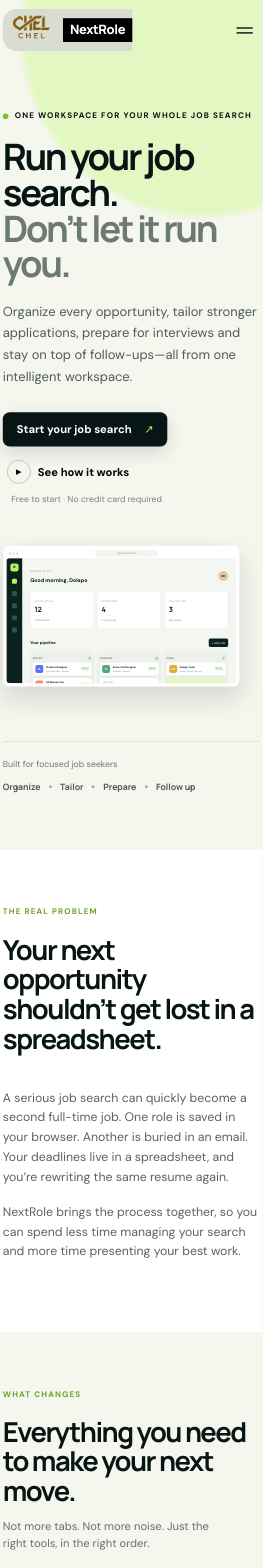
Repository: Lovethrech/NextRole-Nuxt-Portfolio
Page: /
The author's editor kept a copy of each file at every save. The page is drawn from the files as they stood at one save, then again after the next save.
The browser window is 375 px wide. The pictures show the part of the page from y = 0 to 2240 px (the page is 7172 px tall before and 7477 px after), at 70% of full size.
The project was rebuilt for these pictures with package versions that can differ from the ones it lists, and the page was loaded fresh each time. The framework's server and built-in components were replaced by stand-ins that run in the browser. Also part of the build but not shown: nuxt.config.js.

Above is the page before, as saved 2026-09-12 17:21:38.

### assets/css/main.css
:root{
    --ink:#071514;
    --deep:#0d2421;
    --green:#b9ef63;
    --mint:#ddffc8;
    --paper:#f5f6ee;
    --white:#fff;
    --line:#d9ddd1;
    --muted:#65706c;
    --orange:#ff8a61;
    --blue:#6579ff;
    font-family:'DM Sans',sans-serif;
    color:var(--ink);
    background:var(--paper);
    font-synthesis:none;
}
*{
    box-sizing:border-box;
}
html{
    scroll-behavior:smooth;
}
body{
    margin:0;
    padding: 0;
    background:var(--paper);
    font-size:16px;
    line-height:1.6;
}
button,a{
    font:inherit;
}
button{
    cursor:pointer;
}
a{
    color:inherit;
    text-decoration:none;
}
.container{
    width:min(1580px,calc(100% - 120px));
    margin-inline:auto;
}
.site-shell{
    overflow:hidden;
}
.nav-wrap{
    position:absolute;
    inset:0 0 auto;
    z-index:20;
}
.nav{
    height:86px;
    display:flex;
    align-items:center;
    justify-content:space-between;
}
/* BRAND LOGO */
/* START */
.brand-logo-ctn{
    width: 70px;
}
.brand-logo-ctn img{
    width:100%;
}
#brand-sub-name{
    margin:auto 0;
    padding:2px 10px;
    background-color: #000000;
    color:#ffffff;
}

/* END */
.brand{
    background-color: var(--line);
    padding: 8px 0 8px 6px;
    border-radius: 20px 0 0 20px;
    display:flex;
    align-items:center;
    gap:10px;
    font-family:Manrope,sans-serif;
    font-weight:800;
    font-size:1.15rem;
    letter-spacing:-.03em;
}
.nav-links{
    display:flex;
    align-items:center;
    gap:32px;
    font-weight:600;
    font-size:.9rem;
}
.nav-links>a{
    color:#33423f;
}
.button{
    border:0;
    display:inline-flex;
    align-items:center;
    justify-content:center;
    gap:18px;
    border-radius:10px;
    padding:15px 20px;
    font-weight:700;
    line-height:1.2;
    transition:transform .2s,box-shadow .2s;
}
.button:hover{
    transform:translateY(-2px);
}
.button-small{
    padding:11px 15px;
}
.button-ghost{
    border:1px solid #b9c0b5;
    background:transparent;
}
.button-primary{
    background:var(--ink);
    color:#fff;
    box-shadow:0 8px 24px #07151424;
}
.button-primary span,.button-light span{
    color:var(--green);
}
.button-light{
    background:#fff;
    color:var(--ink);
}
.menu-button{
    display:none;
}
.hero{
    min-height:880px;
    padding-top:178px;
    position:relative;
}
.hero:before{
    content:'';
    position:absolute;
    width:520px;
    height:520px;
    border-radius:50%;
    background:#dff8b9;
    filter:blur(4px);
    right:-180px;
    top:-210px;
    opacity:.8;
}
.hero-copy{
    width:56%;
    position:relative;
    z-index:2;
}
.eyebrow,.section-kicker{
    font-size:.72rem;
    font-weight:800;
    letter-spacing:.14em;
    text-transform:uppercase;
    display:flex;
    align-items:center;
    gap:9px;
}
.eyebrow span{
    width:8px;
    height:8px;
    border-radius:50%;
    background:#75c525;
}
.hero h1{
    font-family:Manrope,sans-serif;
    font-size:clamp(3.4rem,4.5vw,6.15rem);
    line-height:.98;
    letter-spacing:-.065em;
    margin:24px 0 28px;
    font-weight:700;
}
.hero h1 em{
    font-style:normal;
    color:#6d7a74;
}
.hero-lede{
    font-size:1.16rem;
    line-height:1.65;
    color:#4e5d58;
    max-width:630px;
}
.hero-actions{
    display:flex;
    align-items:center;
    gap:28px;
    margin-top:36px;
}
.text-link{
    border:0;
    background:none;
    font-weight:700;
    display:flex;
    align-items:center;
    gap:10px;
}
.play{
    border:1px solid #aeb6ac;
    border-radius:50%;
    width:34px;
    height:34px;
    display:grid;
    place-items:center;
    font-size:.65rem;
}
.microcopy{
    font-size:.78rem;
    color:#77817d;
    margin:12px 0 0 12px;
}
.dashboard-frame{
    position:absolute;
    z-index:3;
    width:560px;
    right: 4vh;
    top:220px;
    background:#fff;
    padding:10px;
    border-radius:18px;
    box-shadow:0 35px 80px #0c2b2226;
    transform:rotate(-1.3deg);
    border:1px solid #e5e9df;
}
.frame-bar{
    height:28px;
    display:flex;
    align-items:center;
    gap:5px;
    padding:0 8px;
}
.frame-bar span{
    width:6px;
    height:6px;
    background:#cad0c7;
    border-radius:50%;
}
.frame-bar p{
    font-size:.52rem;
    background:#f2f4ef;
    color:#8b948f;
    padding:2px 65px;
    border-radius:4px;
    margin:auto;
}
.dash{
    height:380px;
    display:flex;
    background:#f4f6f1;
    border-radius:10px;
    overflow:hidden
}
.dash-side{
    width:52px;
    background:#0b211e;
    display:flex;
    flex-direction:column;
    align-items:center;
    gap:22px;
    padding-top:16px;
}
.mini-brand{
    width:25px;
    height:25px;
    border-radius:7px;
    background:var(--green);
    display:grid;
    place-items:center;
    font-size:.65rem;
}
.dash-side i{
    width:15px;
    height:15px;
    border-radius:4px;
    background:#33514b;
}
.dash-side i.active{
    background:var(--green);
}
.dash-main{
    padding:24px;
    width:100%;
}
.dash-top{
    display:flex;
    justify-content:space-between;
    align-items:center;
}
.dash-top small,.stat-grid small{
    font-size:.45rem;
    letter-spacing:.11em;
    color:#88918d;
}
.dash-top h3{
    font-size:1rem;
    margin:4px 0;
}
.avatar{
    width:30px;
    height:30px;
    border-radius:50%;
    background:#e4c6a5;
    display:grid;
    place-items:center;
    font-size:.55rem;
    font-weight:800;
}
.stat-grid{
    display:grid;
    grid-template-columns:repeat(3,1fr);
    gap:10px;
    margin:18px 0
}
.stat-grid>div{
    padding:12px;
    border-radius:8px;
    background:#fff;
    border:1px solid #e4e8e1;
}
.stat-grid strong{
    display:block;
    font-family:Manrope;
    font-size:1.35rem;
}
.stat-grid span{
    font-size:.5rem;
    color:#59a733;
}
.pipeline-head{
    display:flex;
    justify-content:space-between;
    align-items:center;
}
.pipeline-head h4{
    font-size:.76rem;
}
.pipeline-head button{
    font-size:.55rem;
    border:0;
    background:#0b211e;
    color:white;
    padding:6px 9px;
    border-radius:5px;
}
.pipeline{
    display:grid;
    grid-template-columns:repeat(3,1fr);
    gap:8px;
}
.lane{
    background:#edf0eb;border-radius:7px;padding:8px}.lane>p{font-size:.45rem;font-weight:800;color:#6b7570
}
.lane>p b{
    float:right;
    background:#dce2da;
    padding:1px 4px;
    border-radius:3px;
}
.lane article{
    background:#fff;
    padding:8px;
    margin-top:7px;
    border-radius:6px;
    display:grid;
    grid-template-columns:26px 1fr auto;
    gap:6px;
    align-items:center;
    box-shadow:0 2px 7px #1933290b;
}
.company-icon{width:24px;height:24px;display:grid;place-items:center;border-radius:6px;font-size:.5rem;font-weight:800;color:white;
}.cobalt{background:#5f73ed;
}.coral{background:#ff8567;
}.mint{background:#4fa884;
}.gold{background:#e5a83a;
}.lane article strong{font-size:.48rem;display:block;
}.lane article small{font-size:.4rem;color:#7f8984;display:block;
}.lane article mark{font-size:.38rem;background:#e5f8d7;color:#55982d;border-radius:3px;padding:2px;
}.lane article.task,.lane article.celebrate{display:block;padding:10px;
}.lane .task span{font-size:.42rem;color:#dd6d49;
}.lane .celebrate{background:#e4f8bf;
}.lane .celebrate>span{font-size:.9rem;color:#62a329;
}
.hero-proof{
    position:absolute;
    bottom:56px;
    left:0;
    right:0;
    border-top:1px solid var(--line);
    padding-top:22px;
    display:flex;
    justify-content:space-between;
    color:#6d7873;
    font-size:.78rem;
}
.hero-proof p{display:flex;align-items:center;gap:24px;margin:0;
}
.hero-proof b{font-family:Manrope;color:#4a5853;
}
.hero-proof i{width:4px;height:4px;background:#9aa49f;border-radius:50%;
}
.problem-section{background:#fff;padding:115px 0;
}
.problem-grid{display:grid;grid-template-columns:1.1fr .9fr;gap:120px;
}
.section-kicker{color:#71a22a;margin:0 0 22px;
}
.problem-grid h2,.section-heading h2,.how-copy h2,.control-copy h2,.faq h2,.final-cta h2{font-family:Manrope;font-size:clamp(2.3rem,4.3vw,4.5rem);line-height:1.08;letter-spacing:-.055em;margin:0;
}
.problem-copy{font-size:1.1rem;color:#58645f;
}
.problem-copy p{margin:0 0 22px;
}
.features{padding:120px 0;
}
.section-heading{display:flex;justify-content:space-between;align-items:end;margin-bottom:55px;
}
.section-heading h2{max-width:710px;
}
.section-heading>p{max-width:310px;color:#65706c;
}
.benefit-grid{
    display:grid;
    grid-template-columns:repeat(2,1fr);
    border-top:1px solid #cfd5cb;
    border-left:1px solid #cfd5cb;
}
.benefit-card{min-height:315px;
    padding:42px;
    border-right:1px solid #cfd5cb;
    border-bottom:1px solid #cfd5cb;
    position:relative;
    transition:background .25s,transform .25s;
}
.benefit-card:hover{background:#fff;transform:translateY(-3px);
}
.benefit-card>span{font-family:Manrope;font-size:.75rem;color:#89928e;
}
.benefit-card h3{font-family:Manrope;font-size:1.65rem;letter-spacing:-.035em;margin:28px 0 12px;
}
.benefit-card p{color:#65706c;max-width:440px;
}
.benefit-card strong{position:absolute;bottom:38px;color:#3f6c18;font-size:.85rem;
}
.how-section{background:var(--deep);color:#fff;padding:120px 0;
}
.how-grid{display:grid;grid-template-columns:.85fr 1.15fr;gap:130px;
}
.section-kicker.light{color:var(--green);
}
.how-copy>p:not(.section-kicker){color:#afbfba;font-size:1.05rem;max-width:430px;margin:26px 0 36px;
}
.steps{list-style:none;padding:0;margin:0;
}
.steps li{display:grid;grid-template-columns:60px 1fr;gap:20px;border-top:1px solid #35504b;padding:27px 0;
}
.steps li:last-child{border-bottom:1px solid #35504b;
}
.steps>li>span{color:var(--green);font:700 .75rem Manrope;
}
.steps h3{font:700 1.25rem Manrope;margin:0 0 6px;
}
.steps p{color:#9fb1ab;margin:0;
}
.control{padding:120px 0;
}
.control-card{background:#fff;border-radius:24px;display:grid;grid-template-columns:1fr 1fr;overflow:hidden;box-shadow:0 22px 60px #1a35250c;
}
.control-visual{background:#dff3bf;min-height:560px;display:grid;place-items:center;padding:50px;
}
.document{width:330px;background:white;border-radius:12px;padding:32px;box-shadow:0 25px 50px #4167222c;transform:rotate(-2deg);
}
.doc-label{font-size:.55rem;letter-spacing:.14em;font-weight:800;
}
.document>i{height:7px;background:#e6eae3;border-radius:4px;display:block;margin-top:17px;
}
.document>i.short{width:60%;
}
.document>i.medium{width:80%;
}
.suggestion{display:flex;gap:12px;background:#f3fae9;border:1px solid #cce9a6;padding:14px;border-radius:8px;margin:22px -12px;
}
.suggestion b{color:#599825;
}
.suggestion p{margin:0;
}
.suggestion strong{font-size:.72rem;display:block;
}
.suggestion small{font-size:.6rem;color:#6c776f;
}
.control-copy{padding:70px;display:flex;flex-direction:column;justify-content:center;
}
.control-copy>p:not(.section-kicker){color:#66716c;font-size:1.05rem;
}
.control-copy ul{list-style:none;padding:0;margin:18px 0 0;
}
.control-copy li{padding:12px 0;border-top:1px solid #e4e8e0;font-weight:600;
}
.control-copy li:before{content:'✓';display:inline-grid;place-items:center;margin-right:12px;width:23px;height:23px;border-radius:50%;background:#e5f7cd;color:#4e861e;font-size:.75rem;
}
.faq{padding:40px 0 120px;display:grid;grid-template-columns:.75fr 1.25fr;gap:120px;
}
.faq h2{font-size:3.2rem;
}
.accordion details{border-top:1px solid #cdd3ca;padding:24px 0;
}
.accordion details:last-child{border-bottom:1px solid #cdd3ca;
}
.accordion summary{list-style:none;font:700 1.05rem Manrope;display:flex;justify-content:space-between;cursor:pointer;
}
.accordion summary::-webkit-details-marker{display:none;
}
.accordion summary span{font-size:1.4rem;font-weight:400;
}
.accordion details[open] summary span{transform:rotate(45deg);
}
.accordion details p{color:#64706a;max-width:620px;margin:16px 40px 0 0;
}
.final-cta{background:#102c28;color:#fff;border-radius:28px;min-height:500px;padding:75px;display:grid;grid-template-columns:1.1fr .9fr;align-items:center;position:relative;overflow:hidden;
}
.final-cta h2{max-width:700px;
}
.final-cta p{color:#b2c0bc;
}
.final-cta small{display:block;color:#8ca19b;margin:12px;
}
.final-cta .button{margin-top:15px;
}
.orbit{height:350px;position:relative;display:grid;place-items:center;
}
.orbit span{position:absolute;border:1px solid #54716a;border-radius:50%;
}
.orbit-one{width:290px;height:290px;
}
.orbit-two{width:200px;height:200px;
}
.orbit b{width:95px;height:95px;border-radius:26px;background:var(--green);color:var(--deep);display:grid;place-items:center;font:800 2.2rem Manrope;box-shadow:0 0 70px #b9ef6352;
}
.footer{min-height:140px;display:flex;align-items:center;justify-content:space-between;gap:30px;font-size:.75rem;color:#79827e;
}
.footer p{max-width:480px;text-align:center;
}
.modal-backdrop{position:fixed;inset:0;background:#061411cc;backdrop-filter:blur(8px);z-index:50;display:grid;place-items:center;padding:20px;
}
.modal{width:min(550px,100%);background:var(--paper);border-radius:22px;padding:44px;position:relative;
}
.modal h2{font:700 2.25rem/1.1 Manrope;letter-spacing:-.05em;margin:0;
}
.modal>p:not(.section-kicker){color:#63706a;
}
.modal-close{position:absolute;right:20px;top:15px;border:0;background:none;font-size:2rem;
}
.modal-list{margin:28px 0;
}
.modal-list>span{float:left;color:#6b9c2a;font:bold .7rem Manrope;margin-top:5px;
}
.modal-list p{margin:0 0 18px 35px;
}
.modal-list b,.modal-list small{display:block;
}
.modal-list small{color:#68746e;
}
.fade-enter-active,.fade-leave-active{transition:opacity .2s;
}
.fade-enter-from,.fade-leave-to{opacity:0;
}

@media(max-width:1180px){
    .nav-wrap{position:absolute;
    }
    .menu-button{display:flex;flex-direction:column;gap:5px;border:0;background:none;padding:10px;
    }
    .menu-button span{width:23px;height:2px;background:var(--ink);
    }
    .nav-links{display:none;position:absolute;top:72px;left:20px;right:20px;background:white;padding:24px;border-radius:14px;box-shadow:0 20px 50px #172c2424;flex-direction:column;align-items:stretch;
    }
    .nav-links.open{display:flex;
    }
    .hero{padding-top:145px;min-height:auto;padding-bottom:80px;
    }
    .hero-copy{width:100%;
    }
    .hero h1{font-size:clamp(3rem,11vw,5rem);
    }
    .dashboard-frame{position:relative;top:auto;right:auto;width:100%;margin-top:55px;transform:none;
    }
    .hero-proof{position:relative;bottom:auto;margin-top:50px;
    }
    .problem-grid,.how-grid,.faq{grid-template-columns:1fr;gap:50px;
    }
    .section-heading{display:block;
    }
    .control-card{grid-template-columns:1fr;
    }
    .control-visual{min-height:420px;
    }
    .final-cta{grid-template-columns:1fr;
    }
    .orbit{display:none;
    }
    .footer{flex-direction:column;text-align:center;padding:50px 0;
    }
}

@media(max-width:600px){
    .container{width:min(100% - 8px,1180px);
    }
    .hero h1{font-size:3.25rem;
    }
    .hero-actions{align-items:flex-start;flex-direction:column;gap:18px;
    }
    .dashboard-frame{width:720px;transform:scale(.47);transform-origin:top left;margin-bottom:-200px;
    }
    .hero-proof{display:block;
    }
    .hero-proof p{margin-top:12px;gap:12px;flex-wrap:wrap;
    }
    .problem-section,.features,.how-section,.control{padding:80px 0;
    }
    .problem-grid h2,.section-heading h2,.how-copy h2,.control-copy h2,.faq h2,.final-cta h2{font-size:2.45rem;
    }
    .benefit-card{padding:28px;min-height:300px;
    }
    .how-grid{gap:55px;
    }
    .control-visual{padding:30px;min-height:380px;
    }
    .document{width:280px;
    }
    .control-copy{padding:38px 28px;
    }
    .faq{padding:10px 0 80px;gap:40px;
    }
    .final-cta{padding:48px 26px;min-height:520px;border-radius:20px;
    }
    .footer{align-items:center;
    }
    .modal{padding:36px 24px;
    }
    .modal h2{font-size:2rem;
    }
}

### app.vue
<script setup>
import { ref } from 'vue'

const mobileOpen = ref(false)
const demoOpen = ref(false)

const benefits = [
  { number: '01', title: 'Keep every opportunity organized', text: 'Save roles, deadlines, salary ranges, contacts and notes in one calm, searchable workspace.', outcome: 'Know what needs your attention next.' },
  { number: '02', title: 'Tailor without starting over', text: 'Compare your experience with each role and build a focused application draft for your review.', outcome: 'Create relevant applications, faster.' },
  { number: '03', title: 'Prepare with real confidence', text: 'Turn job requirements into practice questions and connect them to examples from your experience.', outcome: 'Arrive ready to tell your story.' },
  { number: '04', title: 'Never miss a follow-up', text: 'Set reminders for recruiter replies, interviews, thank-you notes and application deadlines.', outcome: 'Stay consistent without relying on memory.' }
]

const steps = [
  ['Save the opportunity', 'Keep the role, company, deadline and job description together.'],
  ['Review your fit', 'See where your verified skills and experience meet the requirements.'],
  ['Prepare your application', 'Create a tailored resume draft, cover letter and checklist.'],
  ['Track what happens next', 'Record interviews, schedule follow-ups and move each role forward.']
]

const faqs = [
  ['Does NextRole apply for jobs automatically?', 'No. NextRole helps you research, prepare, organize and track applications. You decide what gets submitted.'],
  ['Will it invent skills or experience?', 'No. NextRole works with the information you provide. You review every suggestion before using it.'],
  ['Can I manage several applications?', 'Yes. Organize opportunities by stage, deadline, company and priority from one dashboard.'],
  ['Do I need to replace my current resume?', 'No. Upload your existing resume and use it as the foundation for role-specific drafts.']
]
</script>

<template>
  <div class="site-shell">
    <header class="nav-wrap">
      <nav class="nav container" aria-label="Primary navigation">
        <a class="brand" href="#top" aria-label="NextRole home">
          <span class="brand-logo-ctn">
            <img src="./assets/ChelLogoImg.png" alt="Chel Brand Logo" class="brand-logo"/>
          </span>
          <span id="brand-sub-name">NextRole</span>
        </a>
        <button class="menu-button" type="button" :aria-expanded="mobileOpen" aria-label="Toggle menu" @click="mobileOpen = !mobileOpen"><span></span><span></span></button>
        <div class="nav-links" :class="{ open: mobileOpen }">
          <a href="#features" @click="mobileOpen = false">Features</a>
          <a href="#how" @click="mobileOpen = false">How it works</a>
          <a href="#faq" @click="mobileOpen = false">FAQ</a>
          <button class="button button-small button-ghost" @click="demoOpen = true">See the workspace</button>
        </div>
      </nav>
    </header>

    <main id="top">
      <section class="hero container">
        <div class="hero-copy">
          <p class="eyebrow"><span></span>One workspace for your whole job search</p>
          <h1>Run your job search.<br><em>Don’t let it run you.</em></h1>
          <p class="hero-lede">Organize every opportunity, tailor stronger applications, prepare for interviews and stay on top of follow-ups—all from one intelligent workspace.</p>
          <div class="hero-actions">
            <a class="button button-primary" href="#cta">Start your job search <span>↗</span></a>
            <button class="text-link" @click="demoOpen = true"><span class="play">▶</span> See how it works</button>
          </div>
          <p class="microcopy">Free to start · No credit card required</p>
        </div>

        <div class="dashboard-frame" aria-label="NextRole application dashboard preview">
          <div class="frame-bar"><span></span><span></span><span></span><p>app.nextrole.co</p></div>
          <div class="dash">
            <aside class="dash-side">
              <div class="mini-brand"><b>N</b></div>
              <i class="active"></i><i></i><i></i><i></i><i></i>
            </aside>
            <div class="dash-main">
              <div class="dash-top"><div><small>MONDAY, 14 OCT</small><h3>Good morning, Dolapo</h3></div><span class="avatar">DR</span></div>
              <div class="stat-grid">
                <div><small>ACTIVE ROLES</small><strong>12</strong><span>+3 this week</span></div>
                <div><small>INTERVIEWS</small><strong>4</strong><span>2 upcoming</span></div>
                <div><small>FOLLOW-UPS</small><strong>3</strong><span>Due today</span></div>
              </div>
              <div class="pipeline-head"><h4>Your pipeline</h4><button>+ Add role</button></div>
              <div class="pipeline">
                <div class="lane"><p>APPLIED <b>3</b></p><article><span class="company-icon cobalt">NL</span><div><strong>Product Designer</strong><small>Northstar Labs · Remote</small></div><mark>86% fit</mark></article><article><span class="company-icon coral">B</span><div><strong>UX Researcher</strong><small>Brightline · London</small></div><mark>78% fit</mark></article></div>
                <div class="lane"><p>INTERVIEW <b>2</b></p><article><span class="company-icon mint">M</span><div><strong>Senior UX Designer</strong><small>Meridian · Remote</small></div><mark>92% fit</mark></article><article class="task"><small>NEXT STEP</small><strong>Prepare portfolio walkthrough</strong><span>Tomorrow · 10:30</span></article></div>
                <div class="lane"><p>OFFER <b>1</b></p><article><span class="company-icon gold">KW</span><div><strong>Design Lead</strong><small>Kinetic Works · Remote</small></div><mark>90% fit</mark></article><article class="celebrate"><span>✦</span><strong>You’re close.</strong><small>Review your notes before Friday.</small></article></div>
              </div>
            </div>
          </div>
        </div>
        <div class="hero-proof"><span>Built for focused job seekers</span><p><b>Organize</b><i></i><b>Tailor</b><i></i><b>Prepare</b><i></i><b>Follow up</b></p></div>
      </section>

      <section class="problem-section">
        <div class="container problem-grid">
          <div><p class="section-kicker">THE REAL PROBLEM</p><h2>Your next opportunity shouldn’t get lost in a spreadsheet.</h2></div>
          <div class="problem-copy"><p>A serious job search can quickly become a second full-time job. One role is saved in your browser. Another is buried in an email. Your deadlines live in a spreadsheet, and you’re rewriting the same resume again.</p><p>NextRole brings the process together, so you can spend less time managing your search and more time presenting your best work.</p></div>
        </div>
      </section>

      <section id="features" class="features container">
        <p class="section-kicker">WHAT CHANGES</p>
        <div class="section-heading">
          <h2>
            Everything you need to make your next move.
          </h2>
          <p>Not more tabs. Not more noise. Just the right tools, in the right order.</p></div>
        <div class="benefit-grid">
          <article v-for="item in benefits" :key="item.number" class="benefit-card">
            <span>{{ item.number }}</span><h3>{{ item.title }}</h3><p>{{ item.text }}</p><strong>→ {{ item.outcome }}</strong>
          </article>
        </div>
      </section>

      <section id="how" class="how-section">
        <div class="container how-grid">
          <div class="how-copy"><p class="section-kicker light">A CLEARER WAY FORWARD</p><h2>From interesting role to focused application.</h2><p>NextRole gives every opportunity a simple path, while keeping you in control of every decision.</p><button class="button button-light" @click="demoOpen = true">Explore the workspace <span>↗</span></button></div>
          <ol class="steps">
            <li v-for="(step, index) in steps" :key="step[0]"><span>0{{ index + 1 }}</span><div><h3>{{ step[0] }}</h3><p>{{ step[1] }}</p></div></li>
          </ol>
        </div>
      </section>

      <section class="control container">
        <div class="control-card">
          <div class="control-visual"><div class="document"><span class="doc-label">APPLICATION DRAFT</span><i></i><i></i><i class="short"></i><div class="suggestion"><b>✦</b><p><strong>Keep this grounded</strong><small>Use your verified experience only.</small></p></div><i></i><i class="medium"></i></div></div>
          <div class="control-copy"><p class="section-kicker">AI, WITH YOU IN CONTROL</p><h2>Your application should still sound like you.</h2><p>NextRole helps organize information, identify relevant experience and produce useful first drafts. You review every word and decide what gets submitted.</p><ul><li>Uses only experience you provide</li><li>Shows suggestions—not silent changes</li><li>Keeps final approval in your hands</li></ul></div>
        </div>
      </section>

      <section id="faq" class="faq container">
        <div><p class="section-kicker">COMMON QUESTIONS</p><h2>A little clarity before you begin.</h2></div>
        <div class="accordion">
          <details v-for="(faq, index) in faqs" :key="faq[0]" :open="index === 0"><summary>{{ faq[0] }}<span>+</span></summary><p>{{ faq[1] }}</p></details>
        </div>
      </section>

      <section id="cta" class="final-cta container">
        <div><p class="section-kicker light">YOUR NEXT MOVE</p><h2>Make your next application your most focused one.</h2><p>Bring your opportunities, materials, interview prep and follow-ups together.</p><a class="button button-light" href="#top">Start your job search <span>↗</span></a><small>Free to start · No credit card required</small></div>
        <div class="orbit" aria-hidden="true"><span class="orbit-one"></span><span class="orbit-two"></span><b>N</b></div>
      </section>
    </main>

    <footer class="footer container">
      <a class="brand" href="#top" aria-label="NextRole home">
        <span class="brand-logo-ctn">
          <img src="./assets/ChelLogoImg.png" alt="Chel Brand Logo" class="brand-logo"/>
        </span>
        <span id="brand-sub-name">NextRole</span>
      </a>
      <p>Fictional SaaS concept created to demonstrate conversion copywriting, UX design and Nuxt development.</p>
      <span>© 2026 Concept project</span></footer>

    <Transition name="fade"><div v-if="demoOpen" class="modal-backdrop" @click.self="demoOpen = false"><section class="modal" role="dialog" aria-modal="true" aria-labelledby="demo-title"><button class="modal-close" aria-label="Close" @click="demoOpen = false">×</button><p class="section-kicker">WORKSPACE PREVIEW</p><h2 id="demo-title">One calm place for every next step.</h2><p>This portfolio concept demonstrates the product’s messaging and interface direction. No personal information is collected.</p><div class="modal-list"><span>01</span><p><b>Save a role</b><small>Capture everything important in one place.</small></p><span>02</span><p><b>Tailor your materials</b><small>Start from your verified experience.</small></p><span>03</span><p><b>Keep moving</b><small>Follow the next action, not the noise.</small></p></div><button class="button button-primary" @click="demoOpen = false">Got it</button></section></div></Transition>
  </div>
</template>

After the next save:
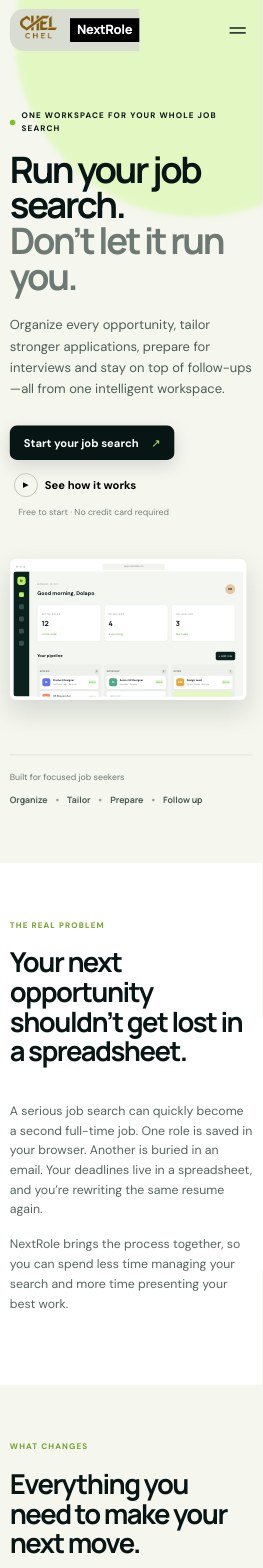
Saved 4 s later.
--- a/assets/css/main.css
+++ b/assets/css/main.css
@@ -593,6 +593,13 @@
     }
     .section-heading{display:block;
     }
+    .benefit-grid{grid-template-columns:1fr;
+    }
+    .benefit-card p{
+        background-color: red;
+        text-align: center;
+        width: 100%;
+    }
     .control-card{grid-template-columns:1fr;
     }
     .control-visual{min-height:420px;
@@ -606,7 +613,7 @@
 }
 
 @media(max-width:600px){
-    .container{width:min(100% - 8px,1180px);
+    .container{width:min(100% - 28px,1180px);
     }
     .hero h1{font-size:3.25rem;
     }
